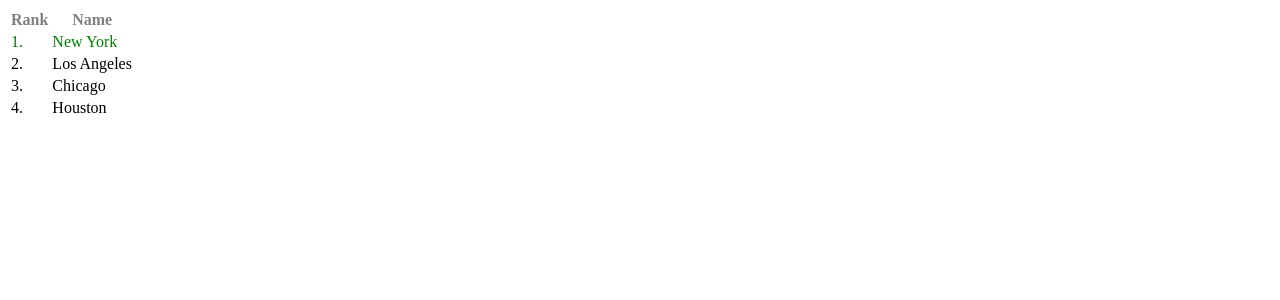
Repository: rmcc0724/html_challenge
Page: Brainrider/index.html
The author's editor kept a record of every edit. The page is drawn from the files as they stood at one moment, then again after the next edit.
The browser window is 1280 px wide. The pictures show the whole page.

Above is the page before.

After the next edit:
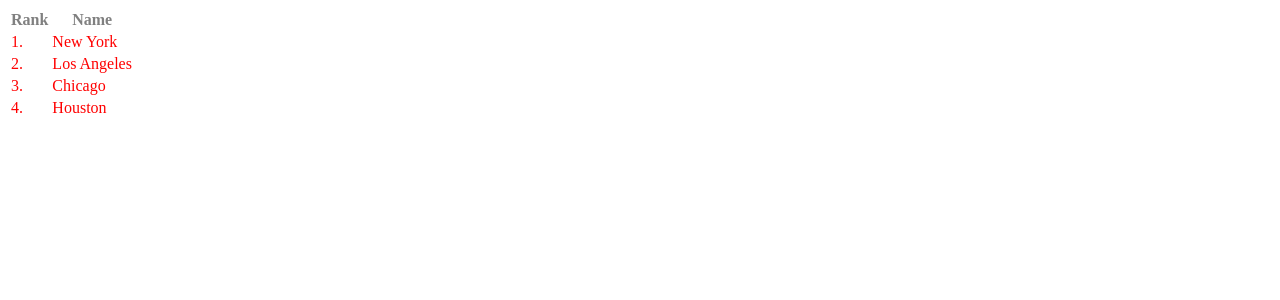
The edit:
--- a/Brainrider/index.html
+++ b/Brainrider/index.html
@@ -8,6 +8,10 @@
 
 .green {
     color: green;
+}
+
+td {
+    color: red;
 }
       thead {
         color: #808080;
